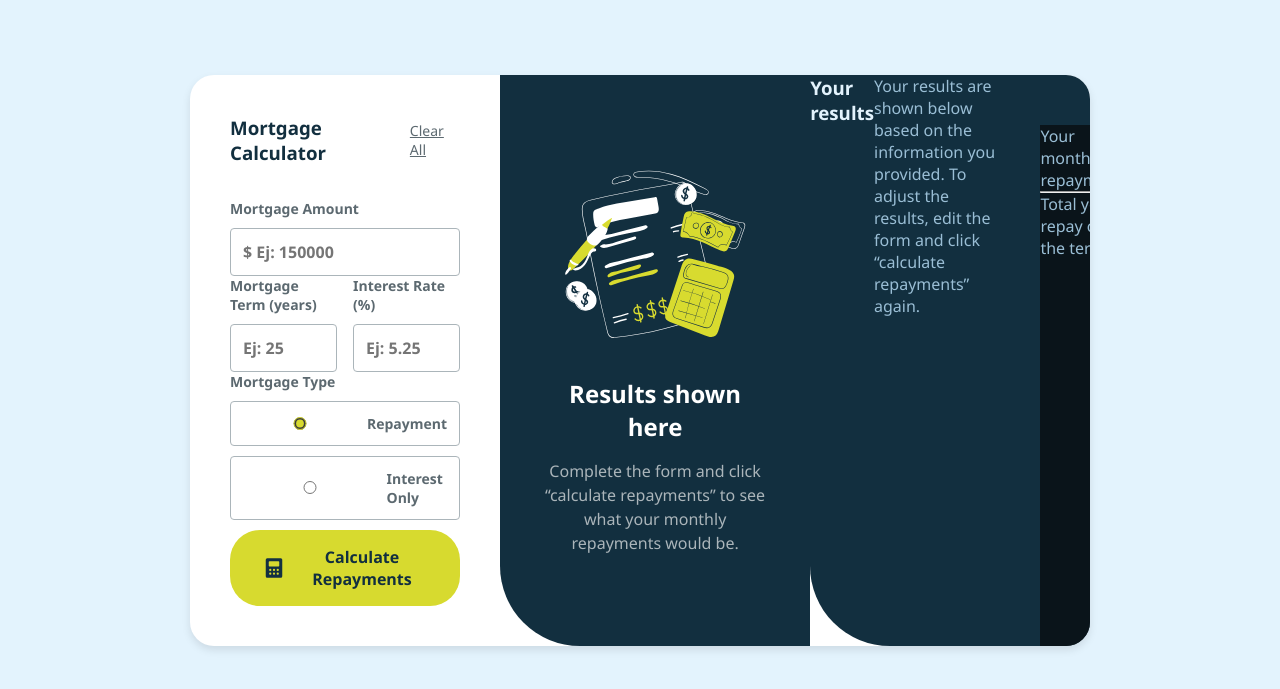
Repository: GravielPV/Mortgage-repayment-calculator
Page: index.html
An editor plug-in stored every save of this project. The page is shown before and after the next save, followed by the edit.
The browser window is 1280 px wide. The pictures show the whole page.

Above is the page before, as saved 2025-12-14 15:14:49.

After the next save:
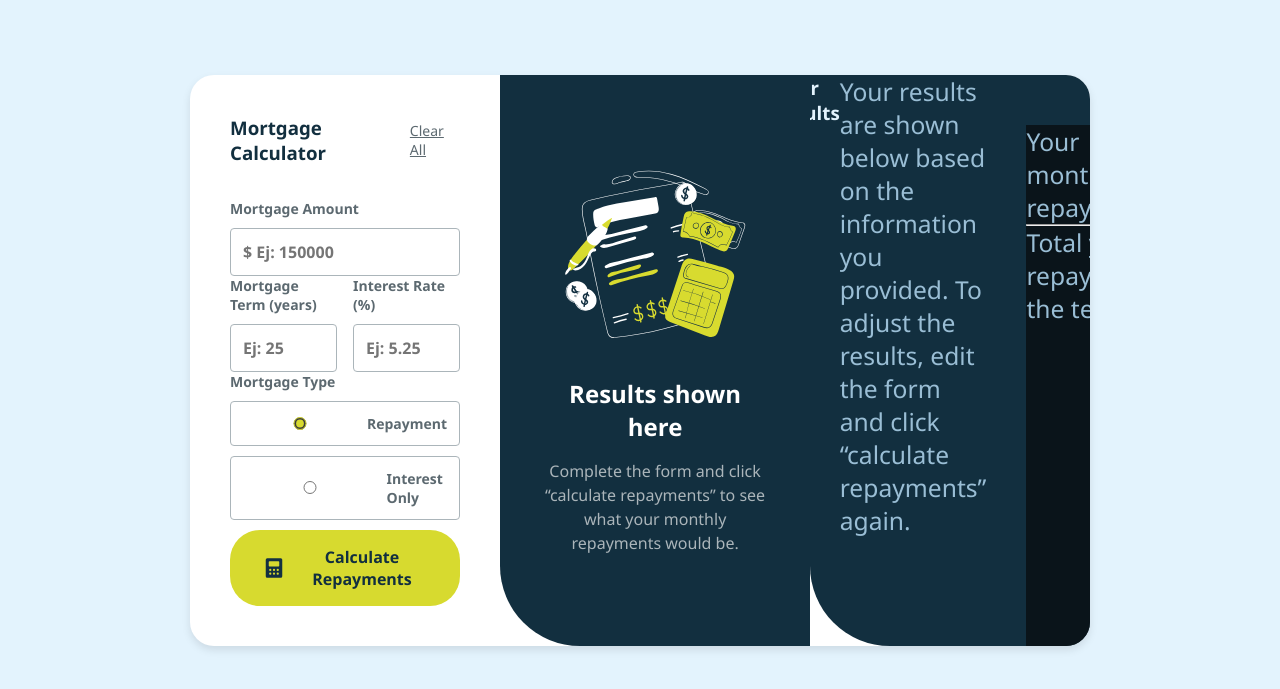
Saved 6 s later.
--- a/styles.css
+++ b/styles.css
@@ -210,7 +210,7 @@ button:hover {
 .resultado  p{
     color: hsl(203, 41%, 72%);
     text-align: start;
-    font-size: 1em;
+    font-size: 1.54em;
 }
 
 .resultado h3{
